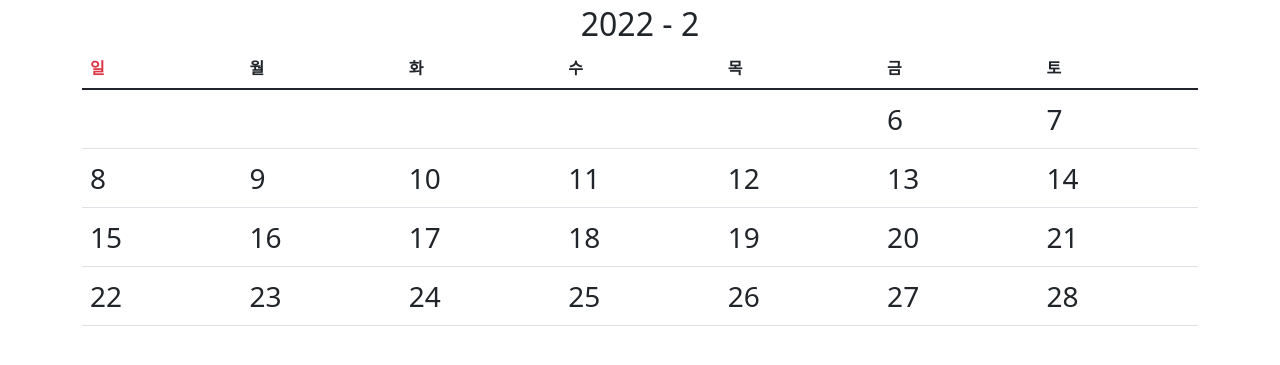
Repository: Visionary1/fullstack-dev-study
Page: http://localhost/Test/lesson02/quiz10.jsp
An editor plug-in stored every save of this project. The page is shown before and after the next save, followed by the edit.
The browser window is 1280 px wide. The pictures show the whole page.
The page is served by Tomcat 9.

Above is the page before, as saved 2022-02-13 17:29:11.

### 4_servlet/workspace/Test/src/main/webapp/lesson02/quiz10.jsp
<%@ page language="java" contentType="text/html; charset=UTF-8" pageEncoding="UTF-8"%>

<%@ page import="java.util.*"%>

<!DOCTYPE html>
<html>
<head>
<meta charset="UTF-8">
<title>Insert title here</title>
<link href="https://cdn.jsdelivr.net/npm/bootstrap@5.1.3/dist/css/bootstrap.min.css" rel="stylesheet">
<script src="https://cdn.jsdelivr.net/npm/bootstrap@5.1.3/dist/js/bootstrap.bundle.min.js"></script>
</head>
<body>

	<%
	Calendar cal = Calendar.getInstance();

	// 월의 첫날
/* 	cal.set(Calendar.DAY_OF_MONTH, 1); */

	cal.set(Calendar.MONTH, 1);

	//그 주의 요일 반환 (일:1 ~ 토:7)
	int week = cal.get(Calendar.DAY_OF_WEEK);

	//몇 주 있는지
	int weekSize = cal.getActualMaximum(Calendar.WEEK_OF_MONTH);

	// 마지막 날짜
	int maximumDays = cal.getActualMaximum(Calendar.DATE);

	HashMap<Integer, String> dayOfWeek = new HashMap<>();
	dayOfWeek.put(1, "일");
	dayOfWeek.put(2, "월");
	dayOfWeek.put(3, "화");
	dayOfWeek.put(4, "수");
	dayOfWeek.put(5, "목");
	dayOfWeek.put(6, "금");
	dayOfWeek.put(7, "토");

	Collection<String> values = dayOfWeek.values();
	%>

	<div class="container">

		<div class="fw-light fs-2 text-center"><%=cal.get(Calendar.YEAR) + " - " + Integer.valueOf(cal.get(Calendar.MONTH) + 1)%></div>

		<table class="table">
			<thead>
				<tr>
					<%
					for (String day : values) {
					%>
					<th class="<%= day.equals("일") ? "text-danger" : "" %>"><%=day%></th>

					<%
					}
					%>
				</tr>
			</thead>
			<tbody>

				<%
				int init = 0;
				for (int i = 0; i < weekSize - 1; i++) {
				%>
				<tr>

					<%
					for (int j = 0; j < 7; j++) {
						if (((i * 7) + (j + 1)) > maximumDays) {
							break;
						}

						// 현재 달 1일부터 시작하게
						if (init == 0) {
							for (int k = 0; k < week; k++) {
					%>
					<td class="fs-3"></td>
					<%
					}
					init = 1;
					j = week;
					}
					%>
					<td class="fs-3"><%=((i * 7) + (j + 1))%></td>
					<%
					}
					%>
				</tr>

				<%
				}
				%>

			</tbody>
		</table>
	</div>



</body>
</html>

After the next save:
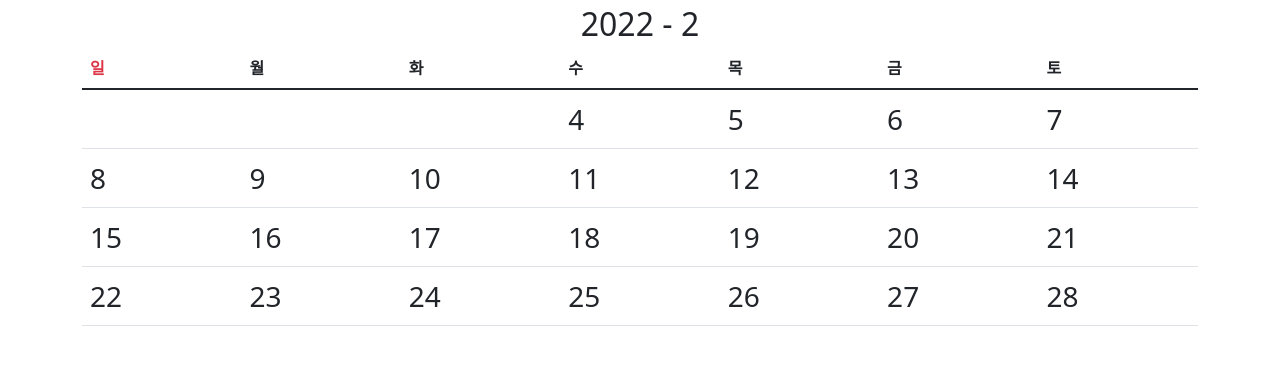
Saved 11 s later.
--- a/4_servlet/workspace/Test/src/main/webapp/lesson02/quiz10.jsp
+++ b/4_servlet/workspace/Test/src/main/webapp/lesson02/quiz10.jsp
@@ -16,7 +16,7 @@
 	Calendar cal = Calendar.getInstance();
 
 	// 월의 첫날
-/* 	cal.set(Calendar.DAY_OF_MONTH, 1); */
+	cal.set(Calendar.DAY_OF_MONTH, 1);
 
 	cal.set(Calendar.MONTH, 1);
 
